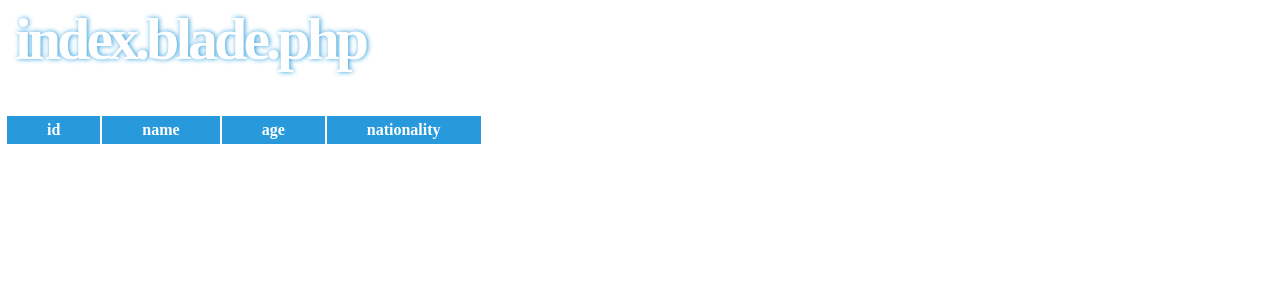
Repository: 1000sky/Laravel11
Page: http://localhost/
An editor plug-in stored every save of this project. The page is shown before and after a run of saves, followed by the edit.
The browser window is 1280 px wide. The pictures show the whole page.
The page is served by the project's Laravel application, run on PHP 8.4 with Laravel 8. Queries for data that is not in the repository find no rows.

Above is the page before, as saved 2022-06-18 23:39:14.

After the next 3 saves:
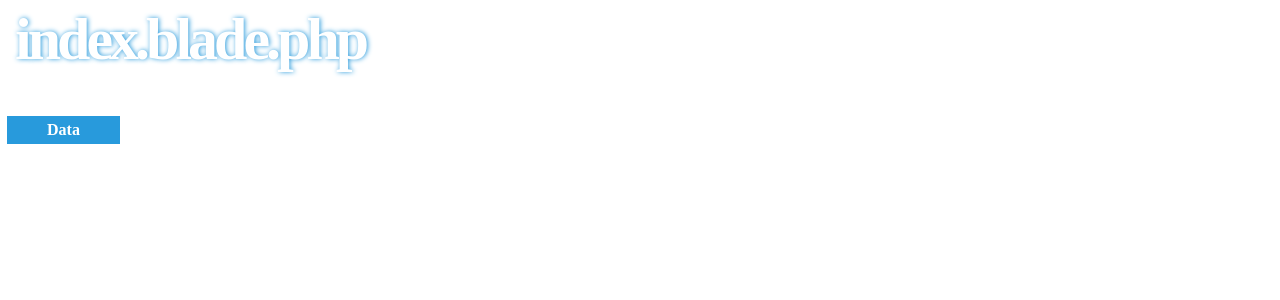
The 3 saves are shown as one change because 2 did not build or start.
The last was saved 50 min 55 s later.
--- a/app/Http/Controllers/AuthorController.php
+++ b/app/Http/Controllers/AuthorController.php
@@ -59,7 +59,7 @@ class AuthorController extends Controller
     }
 }
 */
-/* クエリビルダ */
+/* クエリビルダ
 {
     public function index()
     {
@@ -109,12 +109,10 @@ class AuthorController extends Controller
     }
 
 }
+*/
 
 
 
-
-
-/*
 {
     public function index()
     {
--- a/resources/views/index.blade.php
+++ b/resources/views/index.blade.php
@@ -19,15 +19,15 @@
 @section('content')
 <table>
     <tr>
-         <th>id</th>
+        <!-- <th>id</th>
         <th>name</th>
         <th>age</th>
-        <th>nationality</th>
-        <!-- <th>Data</th> -->
+        <th>nationality</th>-->
+        <th>Data</th>
     </tr>
     @foreach ($items as $item)
     <tr>
-        <td>
+        <!-- <td>
             {{$item->id}}
         </td>
         <td>
@@ -38,6 +38,9 @@
         </td>
         <td>
             {{$item->nationality}}
+        </td>-->
+        <td>
+            {{$item->getDetail()}}
         </td>
 
     </tr>
